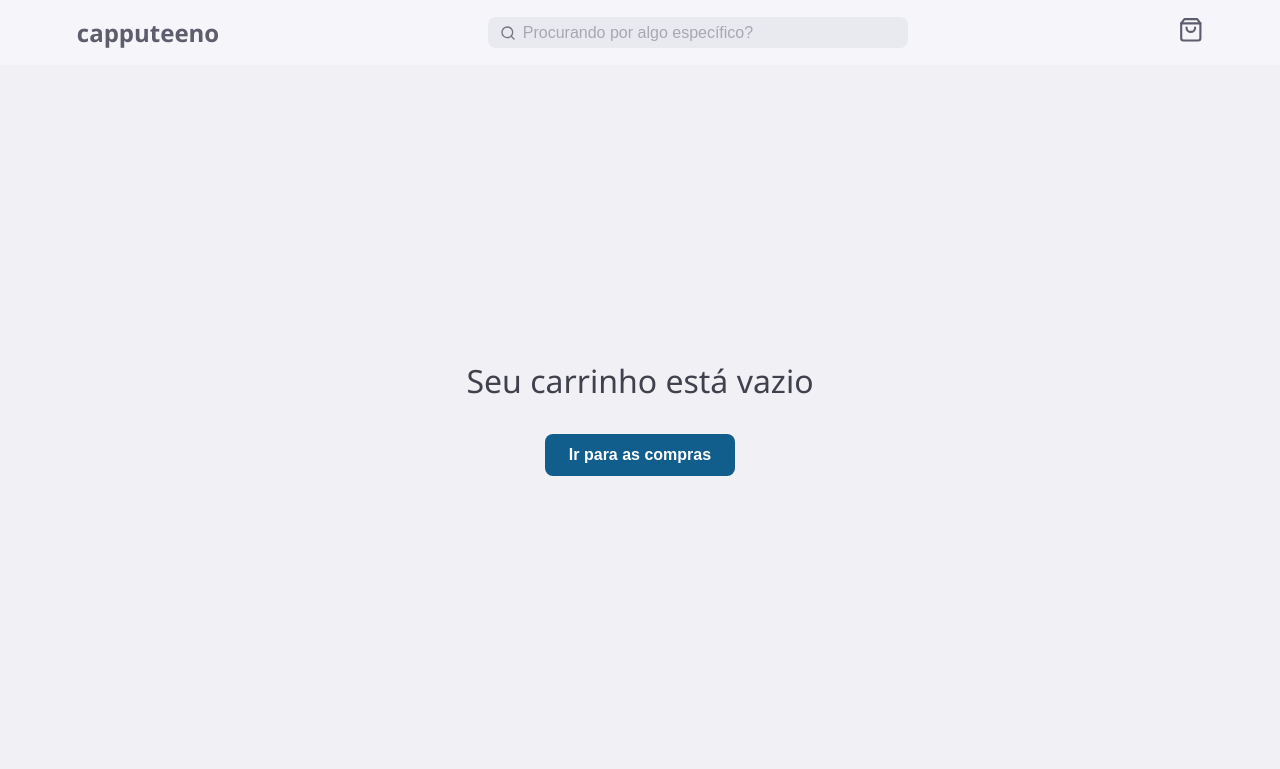
Repository: Biel-barbosa/capputeenoecomerce
Page: /cart
These files come from the project's save history. The page is drawn as it stood at one moment and after the next save; the edit follows.
The browser window is 1280 px wide. The pictures show the whole page.
The project was rebuilt for these pictures with package versions that can differ from the ones it lists, and the page was loaded fresh each time. The framework's server and built-in components were replaced by stand-ins that run in the browser. Also part of the build but not shown: next.config.ts.

Above is the page before, as saved 2025-04-25 15:31:43.

### src/app/layout.tsx
import type { Metadata } from "next";
import { Geist, Geist_Mono } from "next/font/google";
import "./globals.css";
import { CartProvider } from "../contexts/CartContexts"; // Adicione a importação do CartProvider

const geistSans = Geist({
  variable: "--font-geist-sans",
  subsets: ["latin"],
});

const geistMono = Geist_Mono({
  variable: "--font-geist-mono",
  subsets: ["latin"],
});

export const metadata: Metadata = {
  title: "Create Next App",
  description: "Generated by create next app",
};

export default function RootLayout({
  children,
}: Readonly<{
  children: React.ReactNode;
}>) {
  return (
    <html lang="en">
      <body className={`${geistSans.variable} ${geistMono.variable}`}>

        <CartProvider>
          {children}
        </CartProvider>
      </body>
    </html>
  );
}

### src/app/cart/page.tsx
'use client';

import { useEffect, useState } from 'react';
import styled from 'styled-components';
import Header from '@/components/Header';
import Link from 'next/link';
import { useCart } from '@/contexts/CartContexts';
import { Product } from '@/data/products';

const PageWrapper = styled.div`
  background-color: #f0f0f5;
  min-height: 100vh;
  font-family: 'Segoe UI', sans-serif;
`;

const Container = styled.div<{ isEmpty: boolean }>`
  max-width: 1440px;
  margin: 0 auto;
  padding: 4rem 2rem;
  display: flex;
  flex-direction: ${({ isEmpty }) => (isEmpty ? 'column' : 'row')};
  justify-content: ${({ isEmpty }) => (isEmpty ? 'center' : 'space-between')};
  align-items: ${({ isEmpty }) => (isEmpty ? 'center' : 'flex-start')};
  gap: 2rem;

  /* Responsividade para telas menores */
  @media (max-width: 1024px) {
    padding: 2rem;
  }

  @media (max-width: 768px) {
    flex-direction: column;
    padding: 1rem;
  }
`;

const ProductsSection = styled.div`
  flex: 2;
  display: flex;
  flex-direction: column;
  gap: 1.5rem;

  /* Responsividade para telas menores */
  @media (max-width: 768px) {
    width: 100%;
  }
`;

const ProductCard = styled.div`
  display: flex;
  flex-direction: row;
  gap: 1.5rem;
  background: #fff;
  padding: 1.5rem;
  border-radius: 12px;
  align-items: center;
  box-shadow: 0 2px 4px rgba(0, 0, 0, 0.05);

  /* Responsividade para telas menores */
  @media (max-width: 768px) {
    flex-direction: row;
    padding: 1rem;
    gap: 1rem;
  }
`;

const ProductImage = styled.img`
  width: 120px;
  height: 120px;
  object-fit: cover;
  border-radius: 8px;

  @media (max-width: 768px) {
    width: 100px;
    height: 100px;
  }
`;

const ProductInfo = styled.div`
  flex: 1;
  display: flex;
  flex-direction: column;
  gap: 0.5rem;
`;


const Title = styled.h3`
  margin: 0;
  font-size: 1.1rem;
  font-weight: 600;
  color: #41414d;

  @media (max-width: 768px) {
    font-size: 1rem;
  }
`;

const Price = styled.span`
  color: #41414D;
  font-weight: bold;
  font-size: 1rem;
`;

const Controls = styled.div`
  display: flex;
  align-items: center;
  gap: 0.5rem;
  color: #41414D;

  span {
    font-size: 0.95rem;
    font-weight: 500;
    color: #41414D;
  }
`;

const ControlButton = styled.button`
  background: #e0e0e0;
  border: none;
  border-radius: 6px;
  padding: 0.4rem 0.8rem;
  font-weight: bold;
  font-size: 1rem;
  cursor: pointer;
  transition: 0.2s;

  &:hover {
    background: #d5d5d5;
  }
`;

const RemoveButton = styled.button`
  background: transparent;
  border: none;
  color: #de3838;
  cursor: pointer;
  font-size: 0.9rem;
  font-weight: bold;

  &:hover {
    text-decoration: underline;
  }
`;

const SummarySection = styled.div`
  flex: 1;
  background: white;
  padding: 2rem;
  border-radius: 12px;
  box-shadow: 0 4px 20px rgba(0, 0, 0, 0.1);
  height: fit-content;
  color: #41414D;

  /* Responsividade para telas menores */
  @media (max-width: 768px) {
    width: 100%;
    padding: 1rem;
  }
`;

const SummaryTitle = styled.h2`
  margin-bottom: 2rem;
  font-size: 1.5rem;
  color: #41414D;

  /* Responsividade para telas menores */
  @media (max-width: 768px) {
    font-size: 1.25rem;
  }
`;

const SummaryItem = styled.div`
  display: flex;
  justify-content: space-between;
  margin-bottom: 1.25rem;
  font-size: 1rem;

  @media (max-width: 768px) {
    font-size: 0.95rem;
  }
`;

const Total = styled.strong`
  font-size: 1.25rem;
  color: #09090a;
`;

const CheckoutButton = styled.button<{ disabled?: boolean }>`
  width: 100%;
  padding: 1rem;
  background: ${({ disabled }) => (disabled ? '#9ed6a0' : '#51b853')};
  color: white;
  font-weight: bold;
  border: none;
  border-radius: 8px;
  font-size: 1rem;
  cursor: ${({ disabled }) => (disabled ? 'not-allowed' : 'pointer')};
  transition: background 0.2s;

  &:hover {
    background: ${({ disabled }) => (disabled ? '#9ed6a0' : '#4aa24b')};
  }
`;

const HelpLinks = styled.div`
  margin-top: 2.5rem;
  font-size: 0.875rem;
  color: #737380;

  a {
    display: block;
    margin-top: 0.5rem;
    color: #737380;
    text-decoration: none;

    &:hover {
      text-decoration: underline;
    }
  }
`;

const EmptyCartMessage = styled.div`
  display: flex;
  flex-direction: column;
  justify-content: center;
  align-items: center;
  height: 80vh;
  text-align: center;

  p {
    font-size: 2rem;
    color: #41414d;
    margin-bottom: 2rem;
  }

  button {
    padding: 0.75rem 1.5rem;
    background-color: #115d8c;
    color: white;
    font-weight: bold;
    border: none;
    border-radius: 8px;
    cursor: pointer;
    font-size: 1rem;

    &:hover {
      background-color: #0d4c74;
    }
  }
`;

type CartItem = Product & { quantity: number };

export default function CartPage() {
  const { cart, updateCart } = useCart();
  const [cartItems, setCartItems] = useState<CartItem[]>([]);
  const [isProcessing, setIsProcessing] = useState(false);

  useEffect(() => {
    const stored = localStorage.getItem('cart');
    if (stored) {
      setCartItems(JSON.parse(stored));
    }
  }, [cart]);

  const changeQuantity = (id: string, delta: number) => {
    const updated = cartItems.map(item =>
      item.id === id ? { ...item, quantity: Math.max(1, item.quantity + delta) } : item
    );
    updateCart(updated);
    setCartItems(updated);
  };

  const handleRemove = (id: string) => {
    const updated = cartItems.filter(item => item.id !== id);
    updateCart(updated);
    setCartItems(updated);
  };

  const handleCheckout = async () => {
    setIsProcessing(true);
    await new Promise(resolve => setTimeout(resolve, 2000));
    updateCart([]);
    localStorage.removeItem('cart');
    alert('Compra finalizada com sucesso!');
    window.location.href = '/';
  };

  const subtotal = cartItems.reduce((acc, item) => acc + item.price * item.quantity, 0);
  const delivery = 40;
  const total = subtotal + delivery;

  return (
    <PageWrapper>
      <Header />
      <Container isEmpty={cartItems.length === 0}>
        {cartItems.length === 0 ? (
          <EmptyCartMessage>
            <p>Seu carrinho está vazio</p>
            <Link href="/">
              <button>Ir para as compras</button>
            </Link>
          </EmptyCartMessage>
        ) : (
          <>
            <ProductsSection>
              {cartItems.map((product) => (
                <ProductCard key={product.id}>
                  <ProductImage src={product.image} alt={product.title} />
                  <ProductInfo>
                    <Title>{product.title}</Title>
                    <Price>R$ {(product.price * product.quantity).toFixed(2)}</Price>
                    <Controls>
                      <ControlButton onClick={() => changeQuantity(product.id, -1)}>-</ControlButton>
                      <span>{product.quantity}</span>
                      <ControlButton onClick={() => changeQuantity(product.id, 1)}>+</ControlButton>
                    </Controls>
                  </ProductInfo>
                  <RemoveButton onClick={() => handleRemove(product.id)}>Remover</RemoveButton>
                </ProductCard>
              ))}
            </ProductsSection>

            <SummarySection>
              <SummaryTitle>Resumo do pedido</SummaryTitle>
              <SummaryItem>
                <span>Subtotal de produtos</span>
                <span>R$ {subtotal.toFixed(2)}</span>
              </SummaryItem>
              <SummaryItem>
                <span>Entrega</span>
                <span>R$ {delivery.toFixed(2)}</span>
              </SummaryItem>
              <SummaryItem>
                <span>Total</span>
                <Total>R$ {total.toFixed(2)}</Total>
              </SummaryItem>

              <CheckoutButton onClick={handleCheckout} disabled={isProcessing}>
                {isProcessing ? 'Finalizando compra...' : 'Finalizar a compra'}
              </CheckoutButton>

              <HelpLinks>
                <a href="#">Ajuda</a>
                <a href="#">Reembolsos</a>
                <a href="#">Entregas e frete</a>
                <a href="#">Trocas e devoluções</a>
              </HelpLinks>
            </SummarySection>
          </>
        )}
      </Container>
    </PageWrapper>
  );
}

### src/contexts/CartContexts.tsx
'use client';

import React, {
    createContext,
    useContext,
    useState,
    useEffect,
    ReactNode,
} from 'react';
import { Product } from '@/data/products';

export type CartItem = Product & { quantity: number };

export type CartContextType = {
    cart: CartItem[];
    addToCart: (product: Product) => void;
    removeFromCart: (id: string) => void;
    updateCart: (items: CartItem[]) => void;
    cartItemCount: number;
};

export const CartContext = createContext<CartContextType | undefined>(undefined);

export const CartProvider = ({ children }: { children: ReactNode }) => {
    const [cart, setCart] = useState<CartItem[]>([]);

    useEffect(() => {
        const stored = localStorage.getItem('cart');
        if (stored) {
            setCart(JSON.parse(stored));
        }
    }, []);

    const saveCart = (items: CartItem[]) => {
        setCart(items);
        localStorage.setItem('cart', JSON.stringify(items));
    };

    const addToCart = (product: Product) => {
        const existing = cart.find(item => item.id === product.id);

        let updatedCart: CartItem[];

        if (existing) {
            updatedCart = cart.map(item =>
                item.id === product.id
                    ? { ...item, quantity: item.quantity + 1 }
                    : item
            );
        } else {
            updatedCart = [...cart, { ...product, quantity: 1 }];
        }

        saveCart(updatedCart);
    };

    const removeFromCart = (id: string) => {
        const updatedCart = cart.filter(item => item.id !== id);
        saveCart(updatedCart);
    };

    const updateCart = (items: CartItem[]) => {
        saveCart(items);
    };

    const cartItemCount = cart.length;;

    return (
        <CartContext.Provider
            value={{ cart, addToCart, removeFromCart, updateCart, cartItemCount }}
        >
            {children}
        </CartContext.Provider>
    );
};

export const useCart = () => {
    const context = useContext(CartContext);
    if (!context) {
        throw new Error('useCart must be used within a CartProvider');
    }
    return context;
};

### src/components/Header.tsx
'use client';

import styled from 'styled-components';
import { FiShoppingBag, FiSearch } from 'react-icons/fi';
import Link from 'next/link';
import { useCart } from '@/contexts/CartContexts';

type HeaderProps = {
  onSearch?: (value: string) => void;
};

const HeaderContainer = styled.header`
  width: 100%;
  padding: 1rem 6vw;
  background-color: #f5f5fa;
  box-sizing: border-box;
  overflow-x: hidden;
`;

const HeaderContent = styled.div`
  width: 100%;
  max-width: 1140px;
  margin: 0 auto;
  display: flex;
  align-items: center;
  justify-content: space-between;
  gap: 1rem;
  flex-wrap: nowrap;

  @media (max-width: 768px) {
    gap: 0.5rem;
  }
`;

const Logo = styled.h1`
  font-size: 1.5rem;
  font-weight: 600;
  color: #5d5d6d;
  white-space: nowrap;

  @media (max-width: 768px) {
    font-size: 1.2rem;
  }
`;

const SearchWrapper = styled.div`
  flex: 1;
  max-width: 420px;
  display: flex;
  align-items: center;
  background: #e9e9f0;
  padding: 0.4rem 0.75rem;
  border-radius: 8px;

  svg {
    font-size: 1rem;
    color: #737380;
    margin-right: 0.4rem;
  }

  @media (max-width: 768px) {
    max-width: 180px;
    flex-shrink: 1;
  }
`;

const SearchInput = styled.input`
  border: none;
  background: transparent;
  flex: 1;
  font-size: 1rem;
  color: #737380;

  &::placeholder {
    color: #a8a8b3;
  }

  &:focus {
    outline: none;
  }

  @media (max-width: 768px) {
    font-size: 0.9rem;

    &::placeholder {
      color: transparent;
    }
  }
`;

const CartButton = styled.button`
  position: relative;
  background: none;
  border: none;
  cursor: pointer;

  svg {
    font-size: 1.6rem;
    color: #5d5d6d;
  }

  @media (max-width: 768px) {
    svg {
      font-size: 1.4rem;
    }
  }
`;

const CartCount = styled.span`
  position: absolute;
  top: -8px;
  right: -8px;
  background-color: #de3838;
  color: white;
  border-radius: 50%;
  font-size: 0.75rem;
  padding: 0.25rem 0.5rem;
  line-height: 1;
`;

const Header = ({ onSearch }: HeaderProps) => {
  const { cartItemCount } = useCart();

  return (
    <HeaderContainer>
      <HeaderContent>
        <Link href="/" passHref>
          <Logo>capputeeno</Logo>
        </Link>

        <SearchWrapper>
          <FiSearch />
          <SearchInput
            type="text"
            placeholder="Procurando por algo específico?"
            onChange={(e) => onSearch?.(e.target.value)}
          />
        </SearchWrapper>

        <Link href="/cart" passHref>
          <CartButton>
            <FiShoppingBag />
            {cartItemCount > 0 && <CartCount>{cartItemCount}</CartCount>}
          </CartButton>
        </Link>
      </HeaderContent>
    </HeaderContainer>
  );
};

export default Header;

### src/styles/GlobalStyle.ts
import { createGlobalStyle } from 'styled-components';

const GlobalStyle = createGlobalStyle`
  :root {
    --font-saira: 'Saira', sans-serif;
    --font-saira-stencil: 'Saira Stencil One', cursive;
  }

  * {
    margin: 0;
    padding: 0;
    box-sizing: border-box;
  }

  body {
    font-family: var(--font-saira);
    background-color: #f5f5fa;
    color: #41414d;
  }

  button, input, textarea {
    font-family: inherit;
  }
`;

export default GlobalStyle;

Loaded but not shown: src/app/globals.css (common file)

After the next save:
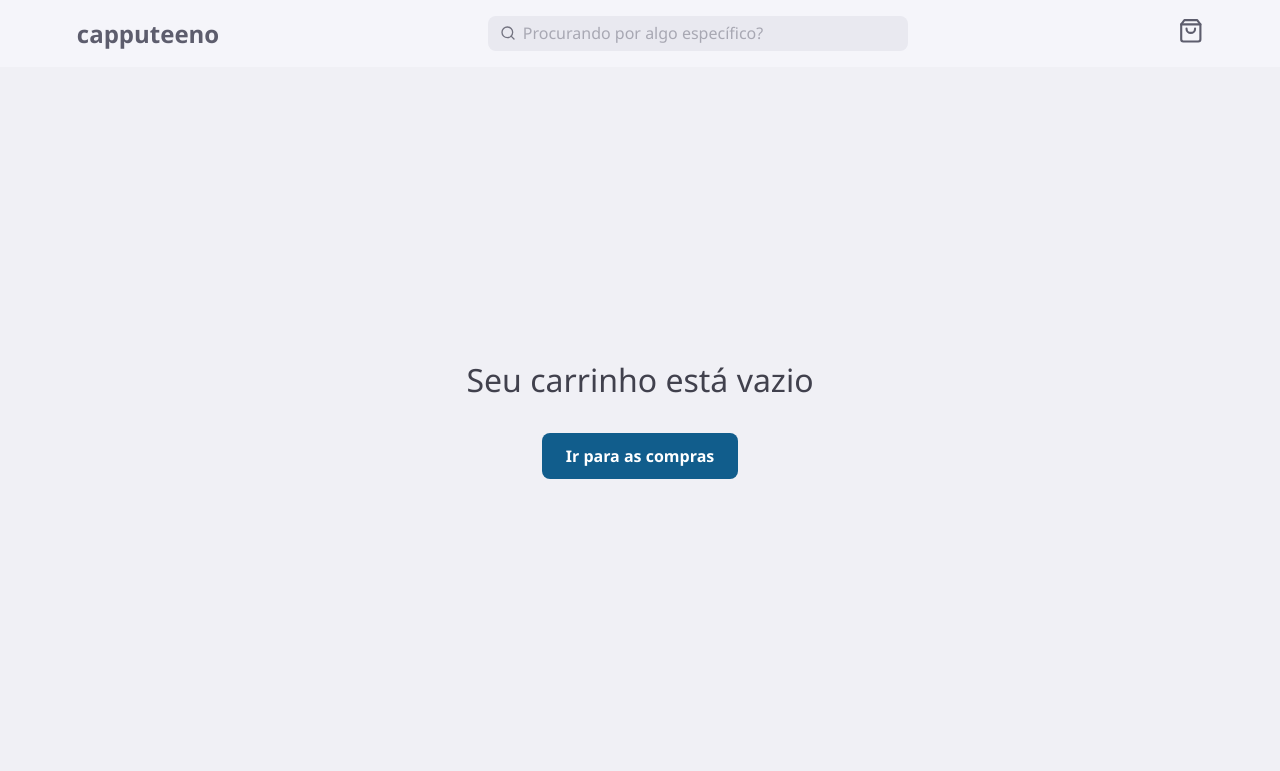
Saved 34 s later.
--- a/src/app/layout.tsx
+++ b/src/app/layout.tsx
@@ -2,6 +2,7 @@ import type { Metadata } from "next";
 import { Geist, Geist_Mono } from "next/font/google";
 import "./globals.css";
 import { CartProvider } from "../contexts/CartContexts"; // Adicione a importação do CartProvider
+import GlobalStyle from '@/styles/GlobalStyle';
 
 const geistSans = Geist({
   variable: "--font-geist-sans",
@@ -25,6 +26,7 @@ export default function RootLayout({
 }>) {
   return (
     <html lang="en">
+      <GlobalStyle />
       <body className={`${geistSans.variable} ${geistMono.variable}`}>
 
         <CartProvider>
